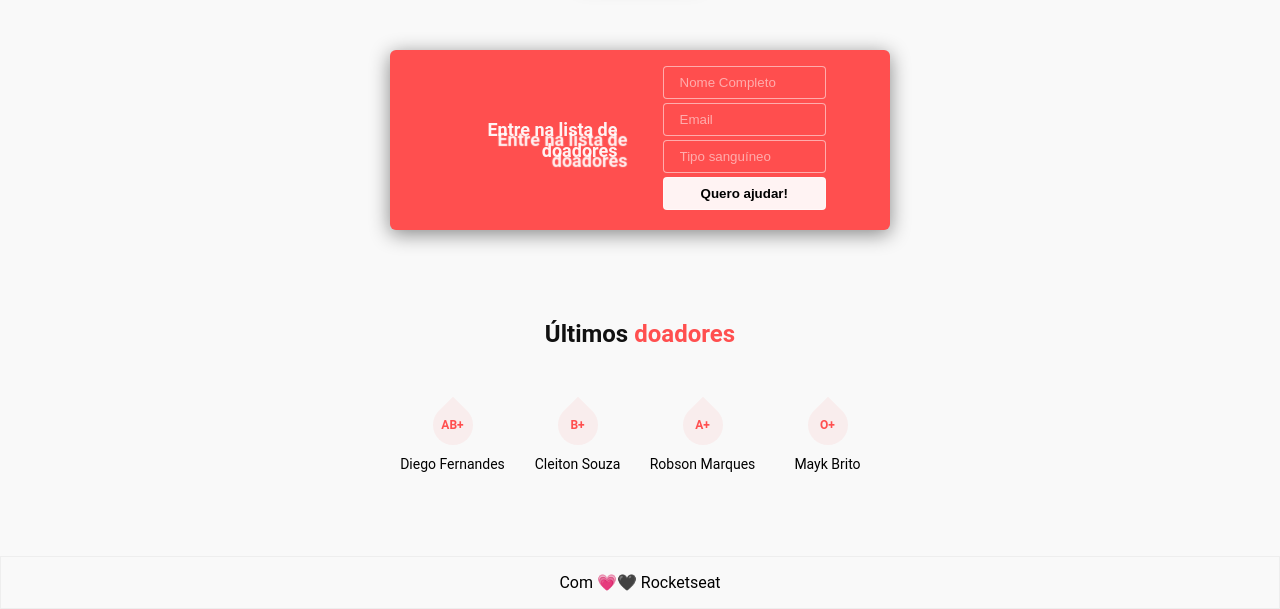
Repository: lucas-silva-dev/Doe
Page: index.html
These files come from the project's save history. The page is drawn as it stood at one moment and after the next save; the edit follows.
The browser window is 1280 px wide. The pictures show the part of the page from y = 459 to 1068 px (the page is 1068 px tall).
A picture or video elsewhere on the page could not be fetched, so the positions and the page height are approximate. Some web fonts or font styles are not loaded; a fallback is used.

Above is the page before, as saved 2020-02-18 17:43:55.

After the next save:
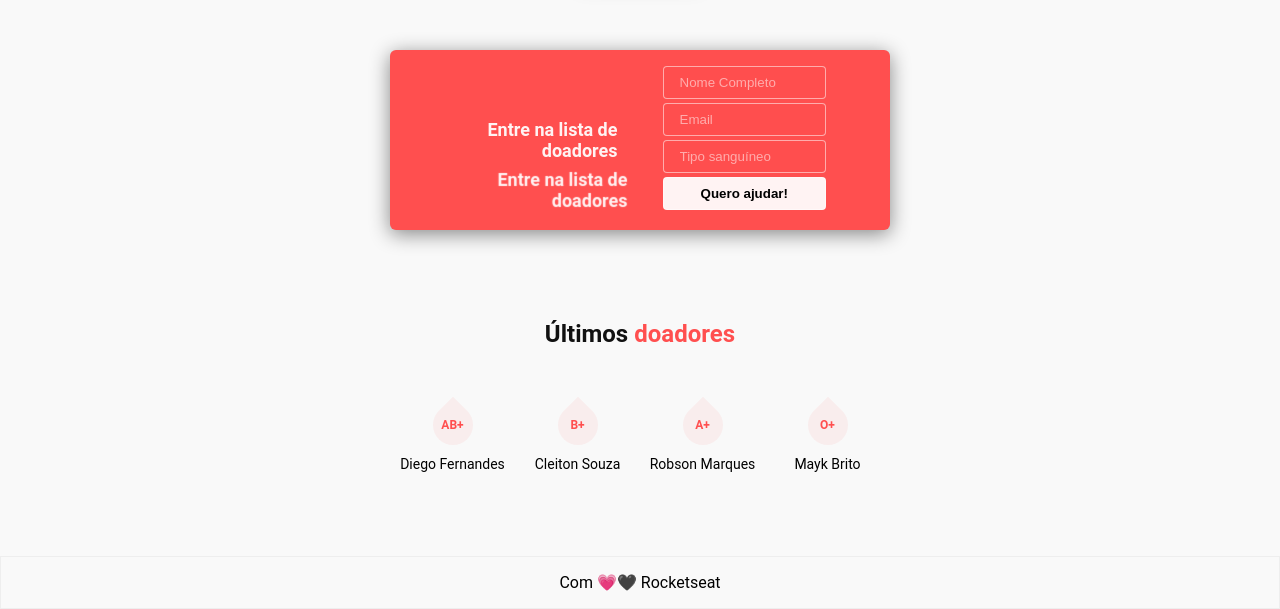
Saved 6 s later.
--- a/style.css
+++ b/style.css
@@ -42,7 +42,7 @@ main h2 span {
   text-align: right;
   color: #fffe;
   font-size: 18px;
-  text-shadow: 10px 10px 1px;
+  text-shadow: 10px 50px 1px;
 }
 
 /* ESTRUTURA */
